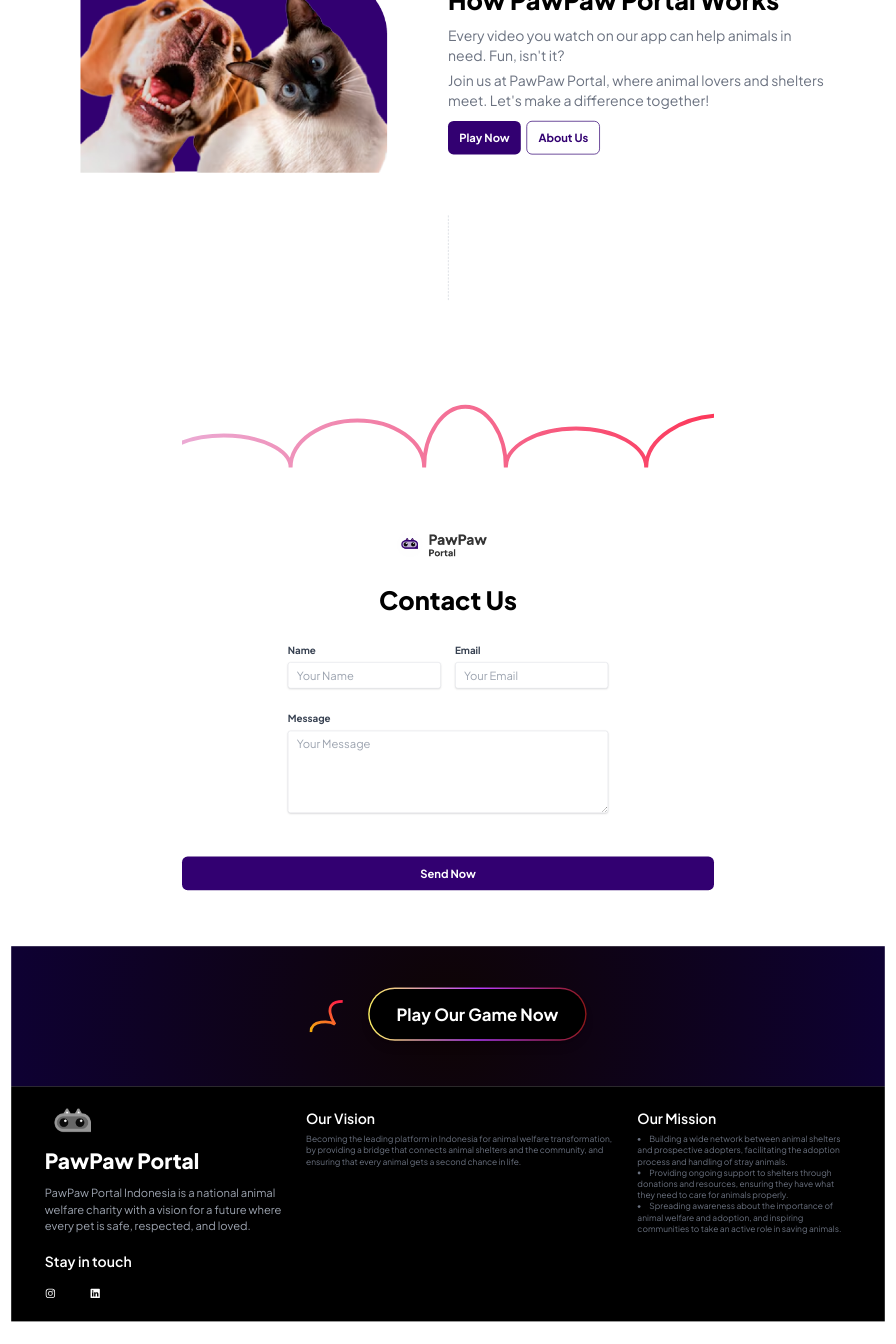
Repository: paskasiregar/pawpawwebsite
Page: /
An editor plug-in stored every save of this project. The page is shown before and after the next save, followed by the edit.
The browser window is 1280 px wide. The pictures show the part of the page from y = 1314 to 3234 px (the page is 3234 px tall), at 70% of full size.
The project was rebuilt for these pictures with package versions that can differ from the ones it lists, and the page was loaded fresh each time. The framework's server and built-in components were replaced by stand-ins that run in the browser. Also part of the build but not shown: next.config.js, next.config.mjs.

Above is the page before, as saved 2024-07-31 14:30:16.

After the next save:
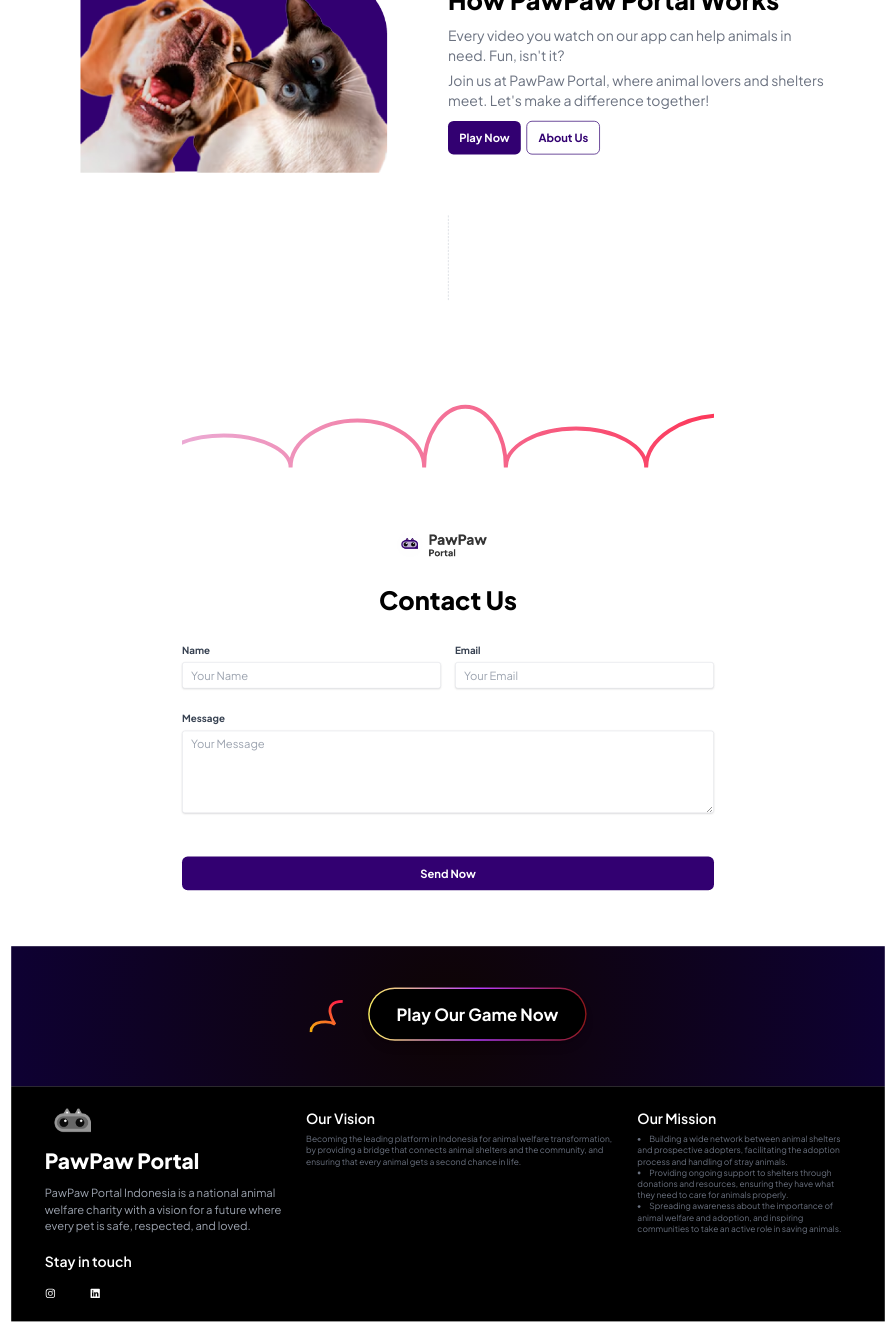
Saved 22 s later.
--- a/src/components/contact.jsx
+++ b/src/components/contact.jsx
@@ -49,21 +49,19 @@ export const Contact = () => {
       <div className="flex justify-center text-4xl font-extrabold space-y-4">
         Contact Us
       </div>
-      <form action="https://submit-form.com/E0a8H8KS4">
-        <div className="w-full flex flex-col items-start gap-[16px] text-base text-light-l800 font-regular-reg-2">
-          <div className="w-full flex flex-col md:flex-row gap-[20px]">
-            <div className="w-full md:w-1/2">
-              <NameInput className="w-full" />
-            </div>
-            <div className="w-full md:w-1/2">
-              <EmailInput className="w-full" />
-            </div>
+      <div className="w-full flex flex-col items-start gap-[16px] text-base text-light-l800 font-regular-reg-2">
+        <div className="w-full flex flex-col md:flex-row gap-[20px]">
+          <div className="w-full md:w-1/2">
+            <NameInput className="w-full" />
           </div>
-          <div className="w-full">
-            <MessageInput className="w-full" />
+          <div className="w-full md:w-1/2">
+            <EmailInput className="w-full" />
           </div>
         </div>
-      </form>
+        <div className="w-full">
+          <MessageInput className="w-full" />
+        </div>
+      </div>
       <PrimaryButton>Send Now</PrimaryButton>
     </div>
   );

After the 2 saves that followed:
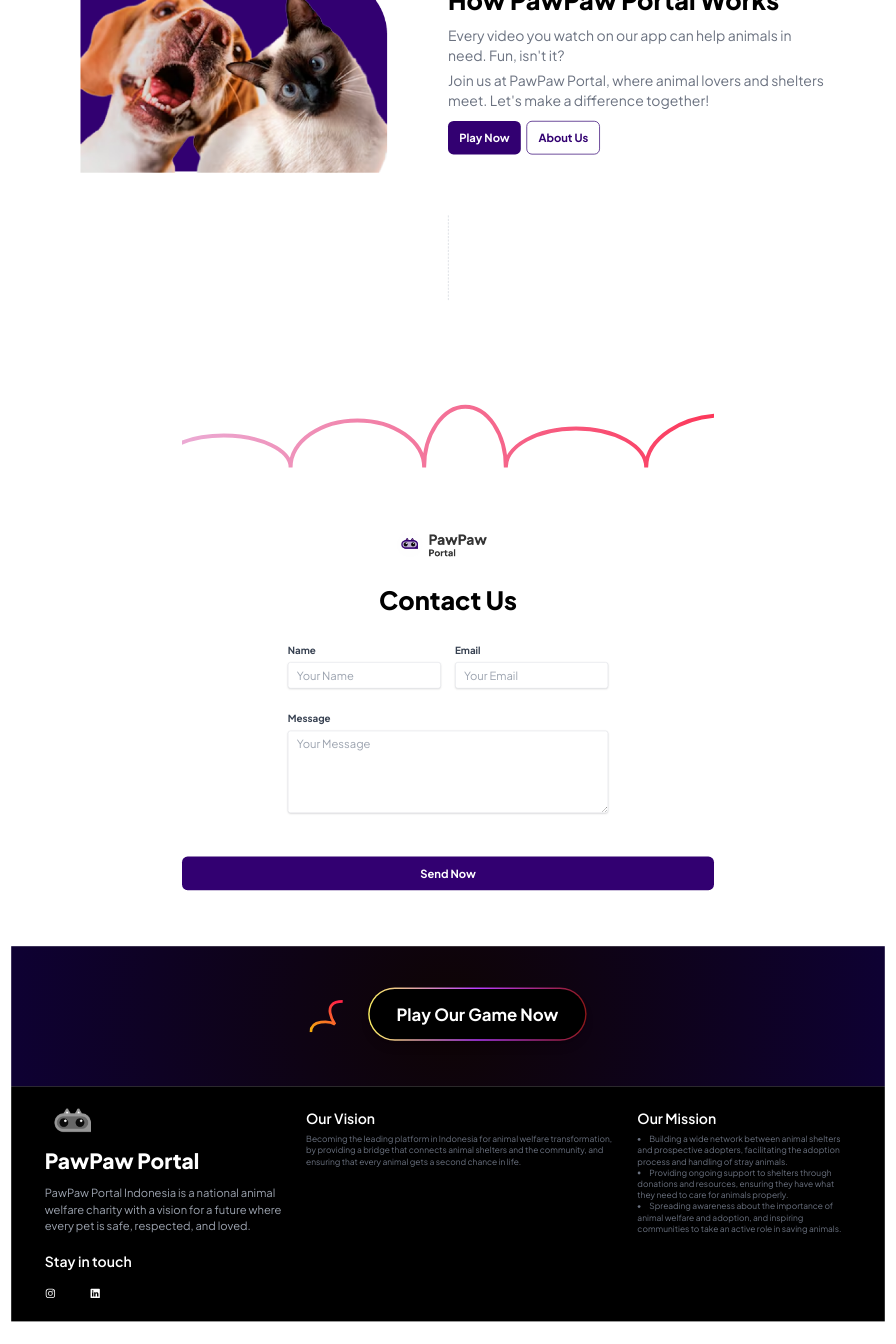
The 2 saves are shown as one change because 1 did not build or start.
The last was saved 36 s later.
--- a/src/components/contact.jsx
+++ b/src/components/contact.jsx
@@ -49,19 +49,21 @@ export const Contact = () => {
       <div className="flex justify-center text-4xl font-extrabold space-y-4">
         Contact Us
       </div>
-      <div className="w-full flex flex-col items-start gap-[16px] text-base text-light-l800 font-regular-reg-2">
-        <div className="w-full flex flex-col md:flex-row gap-[20px]">
-          <div className="w-full md:w-1/2">
-            <NameInput className="w-full" />
+      <form>
+        <div className="w-full flex flex-col items-start gap-[16px] text-base text-light-l800 font-regular-reg-2">
+          <div className="w-full flex flex-col md:flex-row gap-[20px]">
+            <div className="w-full md:w-1/2">
+              <NameInput className="w-full" />
+            </div>
+            <div className="w-full md:w-1/2">
+              <EmailInput className="w-full" />
+            </div>
           </div>
-          <div className="w-full md:w-1/2">
-            <EmailInput className="w-full" />
+          <div className="w-full">
+            <MessageInput className="w-full" />
           </div>
         </div>
-        <div className="w-full">
-          <MessageInput className="w-full" />
-        </div>
-      </div>
+      </form>
       <PrimaryButton>Send Now</PrimaryButton>
     </div>
   );
